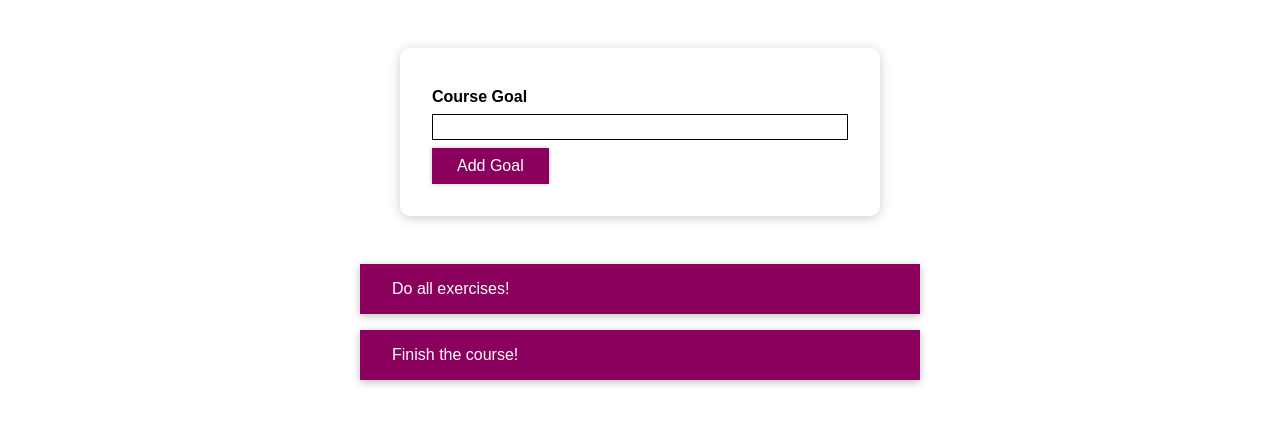
Repository: sohan2503001/Task-adder
Page: /
An editor plug-in stored every save of this project. The page is shown before and after a run of saves, followed by the edit.
The browser window is 1280 px wide. The pictures show the whole page.
The project was rebuilt for these pictures with package versions that can differ from the ones it lists, and the page was loaded fresh each time.

Above is the page before, as saved 2021-04-22 22:05:40.

### src/components/CourseGoals/CourseInput/CourseInput.js
import React, { useState } from 'react';

import Button from '../../UI/Button/Button';
import './CourseInput.css';

const CourseInput = props => {
  const [enteredValue, setEnteredValue] = useState('');
  const [isValid, setIsValid] = useState(true);

  const goalInputChangeHandler = event => {
    if(event.target.value.trim().length > 0){
      setIsValid(true);
    }
    setEnteredValue(event.target.value);
  };

  const formSubmitHandler = event => {
    event.preventDefault();
    if (enteredValue.trim().length === 0) {
      setIsValid(false);
      return;
    }
    props.onAddGoal(enteredValue);
  };

  return (
    <form onSubmit={formSubmitHandler}>
      <div className="form-control invalid">
        <label style={{ color: !isValid ? 'red' : 'black' }}>Course Goal</label>
        <input style={{
          borderColor: !isValid ? 'red' : 'black',
          backgroundColor: !isValid ? 'salmon' : 'transparent'
        }} type="text" onChange={goalInputChangeHandler} />
      </div>
      <Button type="submit">Add Goal</Button>
    </form>
  );
};

export default CourseInput;

### src/components/CourseGoals/CourseInput/CourseInput.css
.form-control {
  margin: 0.5rem 0;
}

.form-control label {
  font-weight: bold;
  display: block;
  margin-bottom: 0.5rem;
}

.form-control input {
  display: block;
  width: 100%;
  border: 1px solid #ccc;
  font: inherit;
  line-height: 1.5rem;
  padding: 0 0.25rem;
}

.form-control input:focus {
  outline: none;
  background: #fad0ec;
  border-color: #8b005d;
}

.form-control.invalid input{
  border-color: red;
  background-color: rgb(218, 179, 179);
}

.form-control.invalid label{
  color:red;
}

Loaded but not shown: public/index.html (common file); src/index.js (common file); src/index.css (common file); src/App.js (common file); src/components/CourseGoals/CourseGoalList/CourseGoalList.js (common file); src/App.css (common file); src/components/CourseGoals/CourseGoalItem/CourseGoalItem.js (common file); src/components/CourseGoals/CourseGoalList/CourseGoalList.css (common file); src/components/UI/Button/Button.js (common file); src/components/CourseGoals/CourseGoalItem/CourseGoalItem.css (common file); src/components/UI/Button/Button.css (common file)

After the next 3 saves:
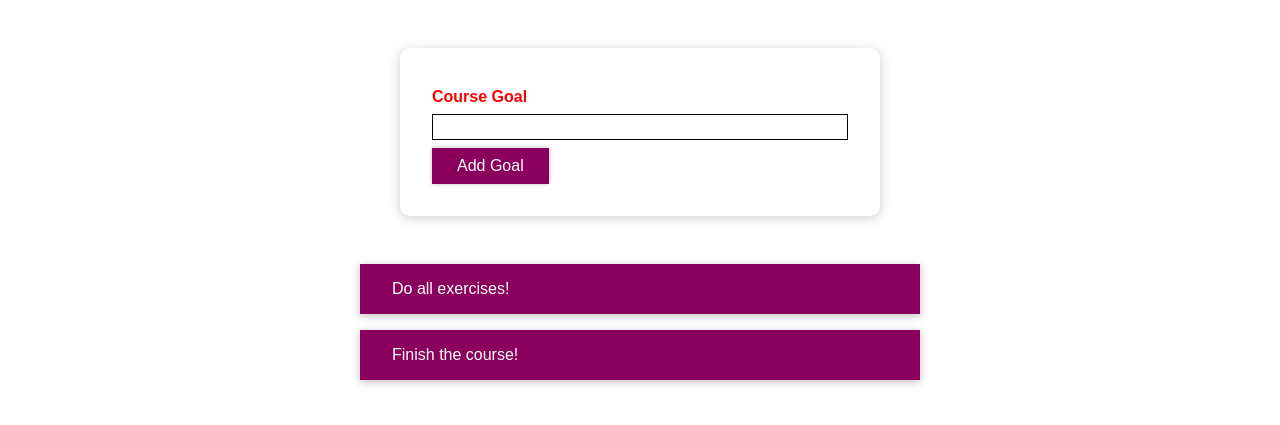
The 3 saves are shown as one change because 1 did not build or start and some came seconds apart.
The last was saved 21 s later.
--- a/src/components/CourseGoals/CourseInput/CourseInput.js
+++ b/src/components/CourseGoals/CourseInput/CourseInput.js
@@ -26,7 +26,7 @@ const CourseInput = props => {
   return (
     <form onSubmit={formSubmitHandler}>
       <div className="form-control invalid">
-        <label style={{ color: !isValid ? 'red' : 'black' }}>Course Goal</label>
+        <label>Course Goal</label>
         <input style={{
           borderColor: !isValid ? 'red' : 'black',
           backgroundColor: !isValid ? 'salmon' : 'transparent'
